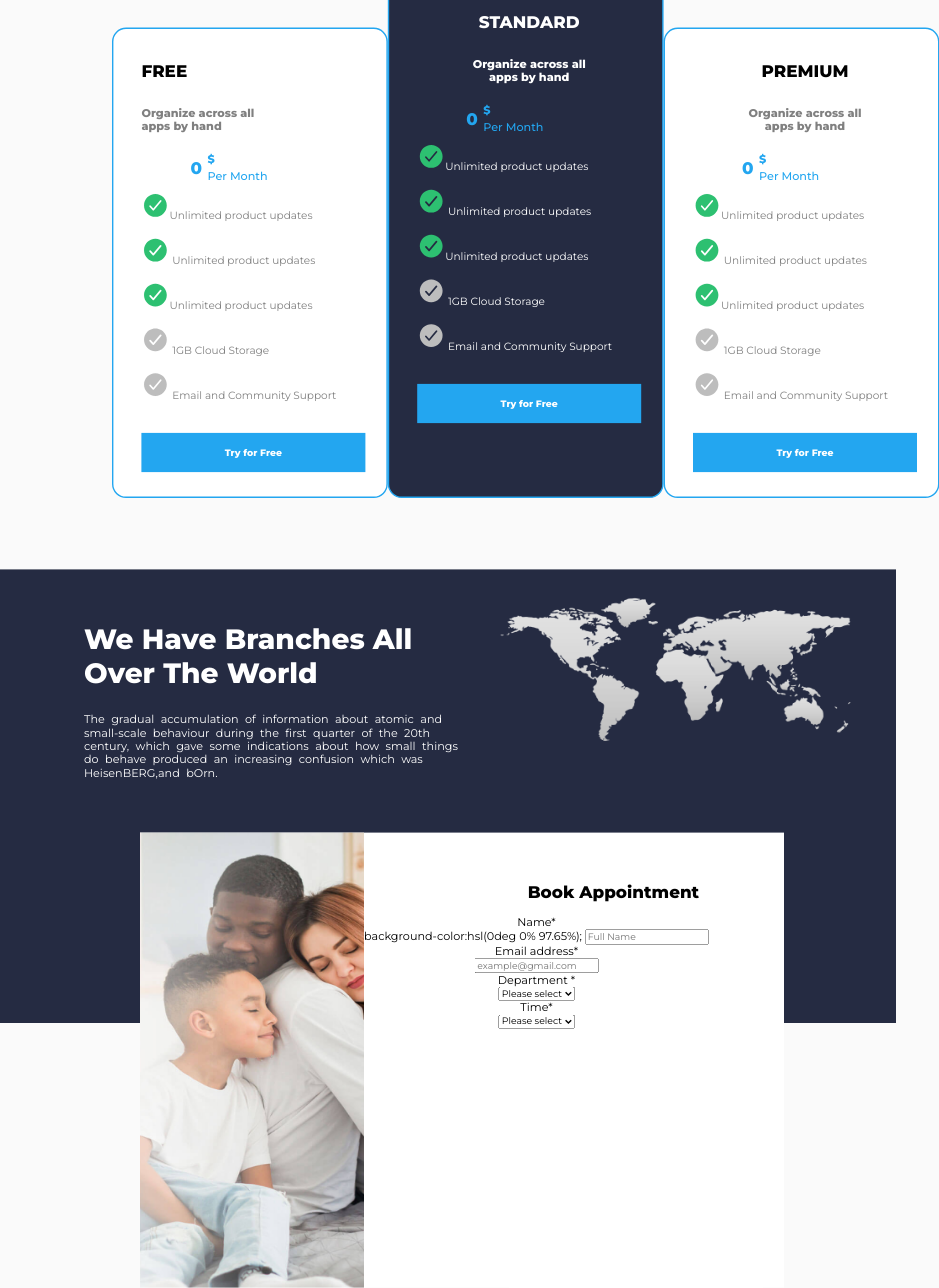
Repository: NANCY-HUB329/week-challenge
Page: index.html
These files come from the project's save history. The page is drawn as it stood at one moment and after the next save; the edit follows.
The browser window is 1280 px wide. The page is 1342 px wide, so the pictures cover 1342 px, including what lies to the right of the window. The pictures show the part of the page from y = 2428 to 4268 px (the page is 4268 px tall), at 70% of full size.

Above is the page before, as saved 2023-11-24 03:09:25.

After the next save:
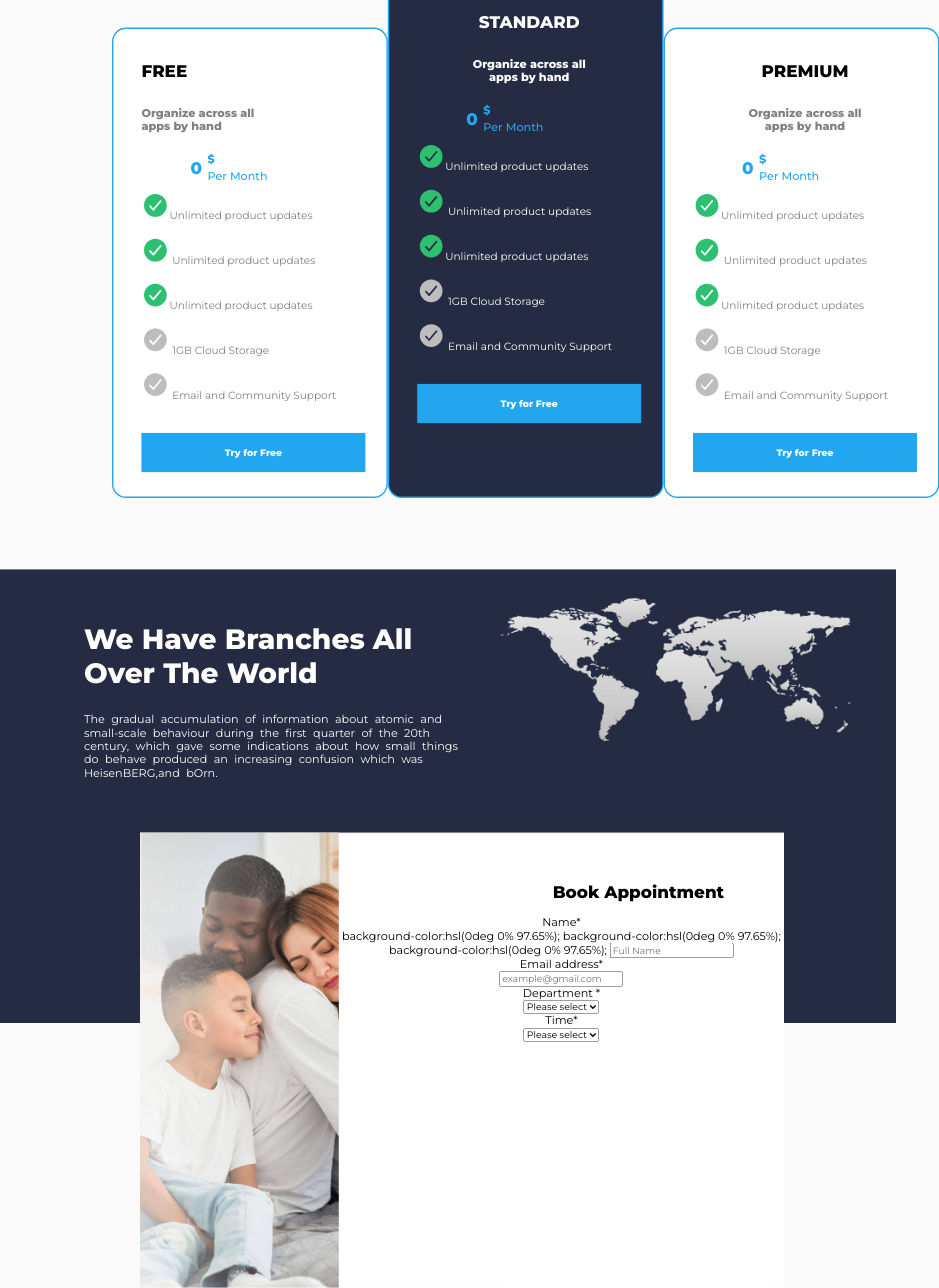
Saved 5 s later.
--- a/index.html
+++ b/index.html
@@ -361,6 +361,8 @@
 <form>
   <label for="name">Name*</label><br>
   background-color:hsl(0deg 0% 97.65%);
+  background-color:hsl(0deg 0% 97.65%);
+  background-color:hsl(0deg 0% 97.65%);
   <input type="text" value="" placeholder="Full Name" style="background-color: ;" name=""/><br>
 <label for="name">Email address*</label><br>
 <input type="text" value="" placeholder="example@gmail.com" name=""/><br>

After the save that followed:
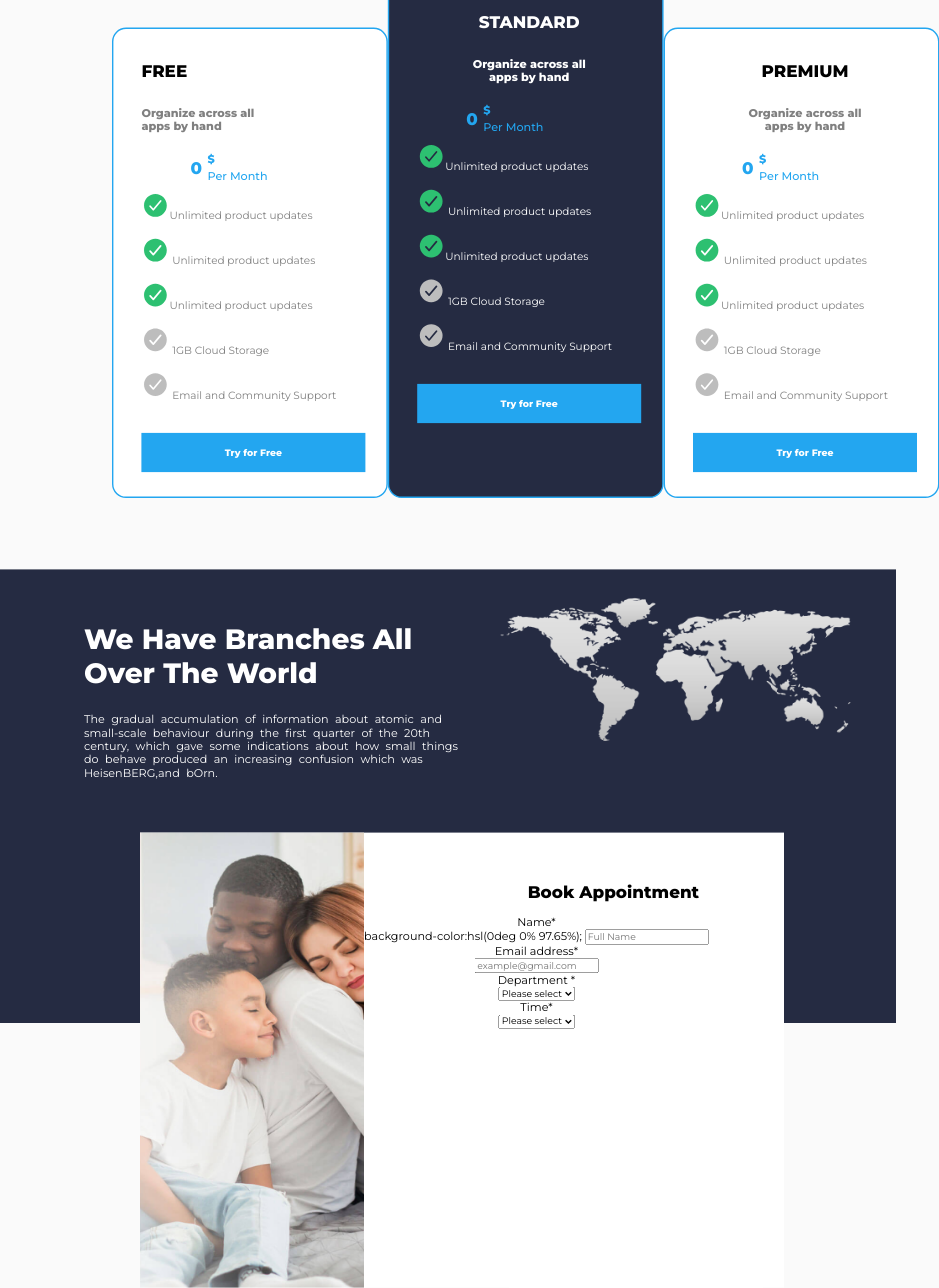
Saved 5 s later.
--- a/index.html
+++ b/index.html
@@ -361,8 +361,6 @@
 <form>
   <label for="name">Name*</label><br>
   background-color:hsl(0deg 0% 97.65%);
-  background-color:hsl(0deg 0% 97.65%);
-  background-color:hsl(0deg 0% 97.65%);
   <input type="text" value="" placeholder="Full Name" style="background-color: ;" name=""/><br>
 <label for="name">Email address*</label><br>
 <input type="text" value="" placeholder="example@gmail.com" name=""/><br>
